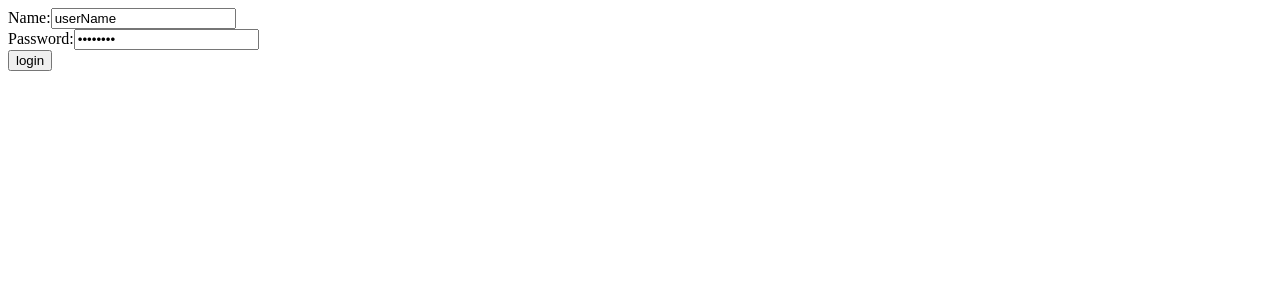
Repository: MounikaDandamudi/Servlets-Tutorials
Page: Servlets/Login/WebContent/Login.html
These files come from the project's save history. The page is drawn as it stood at one moment and after the next save; the edit follows.
The browser window is 1280 px wide. The pictures show the whole page.

Above is the page before, as saved 2016-08-03 21:15:15.

### Servlets/Login/WebContent/Login.html
<!DOCTYPE html>
<html>
<head>
<meta charset="ISO-8859-1">
<title>Welcome!!!</title>
</head>
<body>
<form action="validate" method="get">
Name:<input type="text" value="userName"><br>
Password:<input type="password" value="userPass"><br>
<input type="submit" value="login"/>
</form>
</body>
</html>

After the next save:
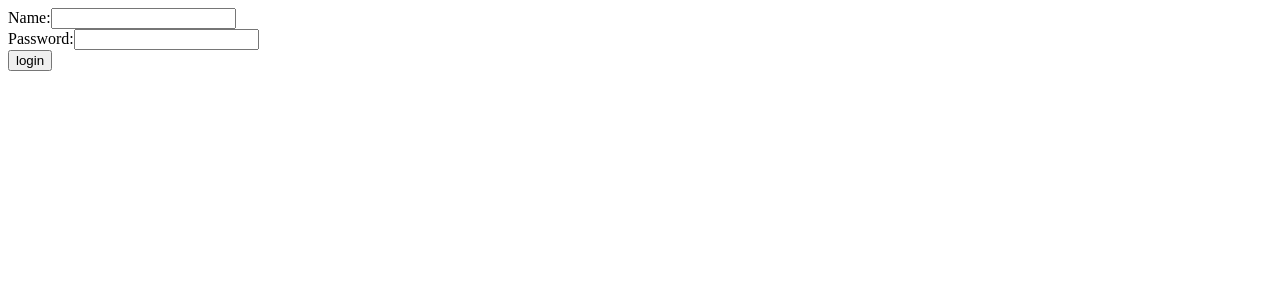
Saved 111 s later.
--- a/Servlets/Login/WebContent/Login.html
+++ b/Servlets/Login/WebContent/Login.html
@@ -6,8 +6,8 @@
 </head>
 <body>
 <form action="validate" method="get">
-Name:<input type="text" value="userName"><br>
-Password:<input type="password" value="userPass"><br>
+Name:<input type="text" name="userName"><br>
+Password:<input type="password" name="userPass"><br>
 <input type="submit" value="login"/>
 </form>
 </body>
